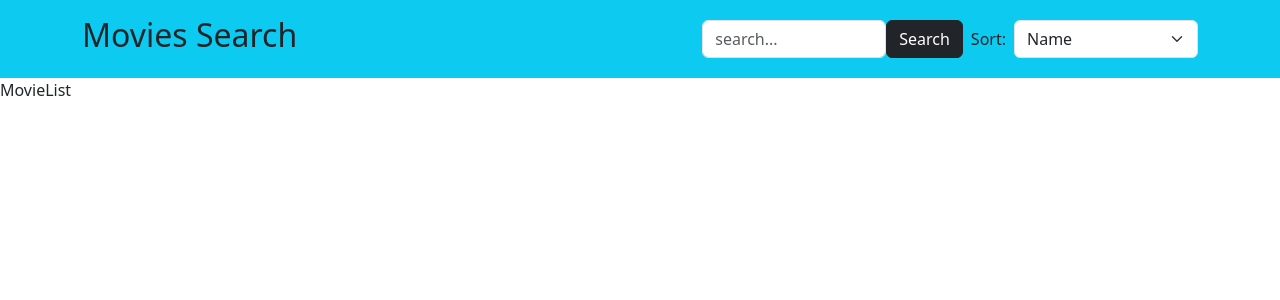
Repository: saargold/reactTest
Page: /movies
These files come from the project's save history. The page is drawn as it stood at one moment and after the next save; the edit follows.
The browser window is 1280 px wide. The pictures show the whole page.
The project was rebuilt for these pictures with package versions that can differ from the ones it lists, and the page was loaded fresh each time. Also part of the build but not shown: src/App.css, src/api/Apicomp.js.

Above is the page before, as saved 2022-09-07 12:52:30.

After the next save:
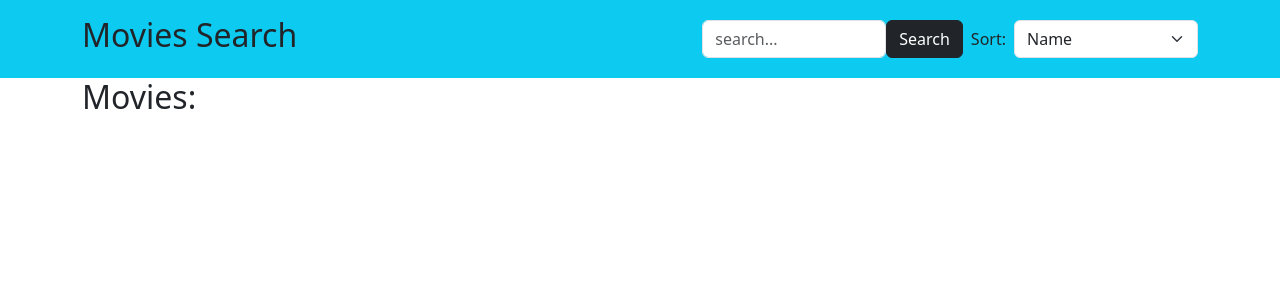
Saved 2 min 41 s later.
--- a/src/components/MovieList.js
+++ b/src/components/MovieList.js
@@ -2,6 +2,11 @@ import React from 'react'
 
 export const MovieList = (props) => {
   return (
-    <div>MovieList</div>
+    <div className='container'>
+    <h2>Movies:</h2>
+     <div className='row'>
+
+        </div>
+    </div>
   )
 }
